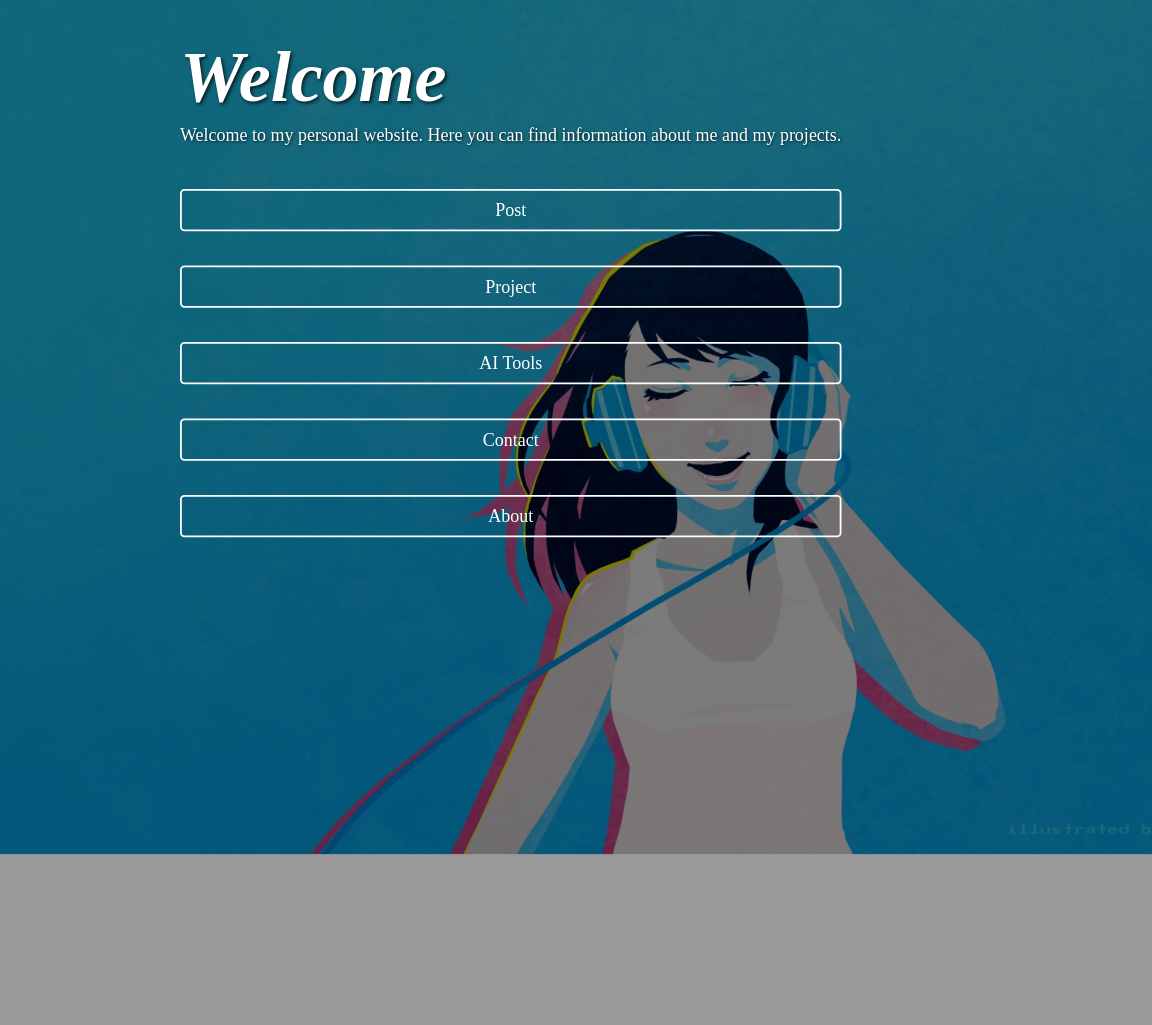
Repository: cydxf/cydxf.github.io
Page: index.html
These files come from the project's save history. The page is drawn as it stood at one moment and after the next save; the edit follows.
The browser window is 1280 px wide. The pictures show the whole page, at 90% of full size.

Above is the page before, as saved 2024-08-02 02:39:01.

### index.html
<!DOCTYPE html>
<html lang="en">
<head>
    <meta charset="UTF-8">
    <meta name="viewport" content="width=device-width, initial-scale=1.0">
    <title>My Personal Website</title>
    <link rel="stylesheet" href="css/styles.css">
</head>
<body>
    <main>
        <section id="home" class="hero">
            <div class="hero-content">
                <h1>Welcome</h1>
                <p>Welcome to my personal website. Here you can find information about me and my projects.</p>
                <div class="button-group">
                    <a href="" class="button">Post</a>
                    <a href="" class="button">Project</a>
                    <a href="" class="button">AI Tools</a>
                    <a href="" class="button">Contact</a>
                    <a href="" class="button">About</a>
                </div>
            </div>
        </section>
        <section id="about">
            <h2>About Me</h2>
            <p>This is the about section where you can find more information about me.</p>
        </section>
        <section id="projects">
            <h2>Projects</h2>
            <p>Here are some of my recent projects.</p>
            <ul>
                <li>Project 1</li>
                <li>Project 2</li>
                <li>Project 3</li>
            </ul>
        </section>
        <section id="contact">
            <h2>Contact</h2>
            <p>If you want to get in touch, please contact me via email.</p>
        </section>
    </main>
    <footer>
        <p>&copy; 2024 Huang Jiaxi</p>
    </footer>
    <script src="js/script.js"></script>
    </head>
</body>
</html>

### css/styles.css
body, html {
    margin: 0;
    padding: 0;
    height: 100%;
    width: 100%;
}

.hero {
    position: absolute;
    width: 100%;
    height: 131.8vh; /* Viewport height */
    left: 0;
    top: 0;
    background-image: url('../resource/image/shigiChannelArt_clean.jpg'); /* 首页大图  */
    background-size: cover;
    background-position: center;
    background-repeat: no-repeat;
    color: #fff;
    display: flex;
    justify-content: flex-start;
    align-items: flex-start;
    text-align: left;
}

.hero:before{
    content: '';
    position: absolute;
    top: 0;
    left: 0;
    width: 100%;
    height: 120%;
    background: rgba(0, 0, 0, 0.4);
    z-index: 1;
}

.hero-content {
    position: relative;
    z-index: 2;
    padding: 40px;
    margin-left: 160px;
}

.hero h1 {
    font-style: italic;
    font-size: 5rem; /* 适当调整标题字体大小 */
    margin: 0;
    padding: 0;
    text-shadow: 2px 2px 4px rgba(0, 0, 0, 0.7); /* 添加文本阴影使其更清晰 */
}

.hero p {
    font-style:initial;
    font-size: 1.25rem; /* 适当调整副标题字体大小 */
    margin-top: 0.5rem;
    text-shadow: 1px 1px 3px rgba(0, 0, 0, 0.7); /* 添加文本阴影使其更清晰 */
}

.button-group {
    display: flex;
    flex-direction: column; /* Stack buttons vertically */
    gap: 10px; /* Space between buttons */
}

.button {
    display: inline-block;
    padding: 10px 20px;
    margin-top: 28px; /* Adds spacing between text and button */
    font-size: 1.25rem;
    color: #fff; /* Text color */
    background-color: transparent; /* Transparent background */
    border: 2px solid #fff; /* White border */
    border-radius: 5px;
    text-decoration: none;
    text-align: center;
    transition: background-color 0.3s ease, color 0.3s ease; /* Smooth transition on hover */
    width: auto; /* Allow width to adjust based on content */
    white-space: nowrap; /* Prevent text wrapping */
}

.button:hover {
    background-color: #fff; /* White background on hover */
    color: #000; /* Change text color on hover if needed */
    border-color: #fff; /* Keep border color white on hover */
}

### js/script.js
document.addEventListener("DOMContentLoaded", function() {
    const links = document.querySelectorAll("nav ul li a");

    links.forEach(link => {
        link.addEventListener("click", function(event) {
            event.preventDefault();
            const targetId = this.getAttribute("href").substring(1);
            const targetSection = document.getElementById(targetId);
            window.scrollTo({
                top: targetSection.offsetTop,
                behavior: "smooth"
            });
        });
    });
});

After the next save:
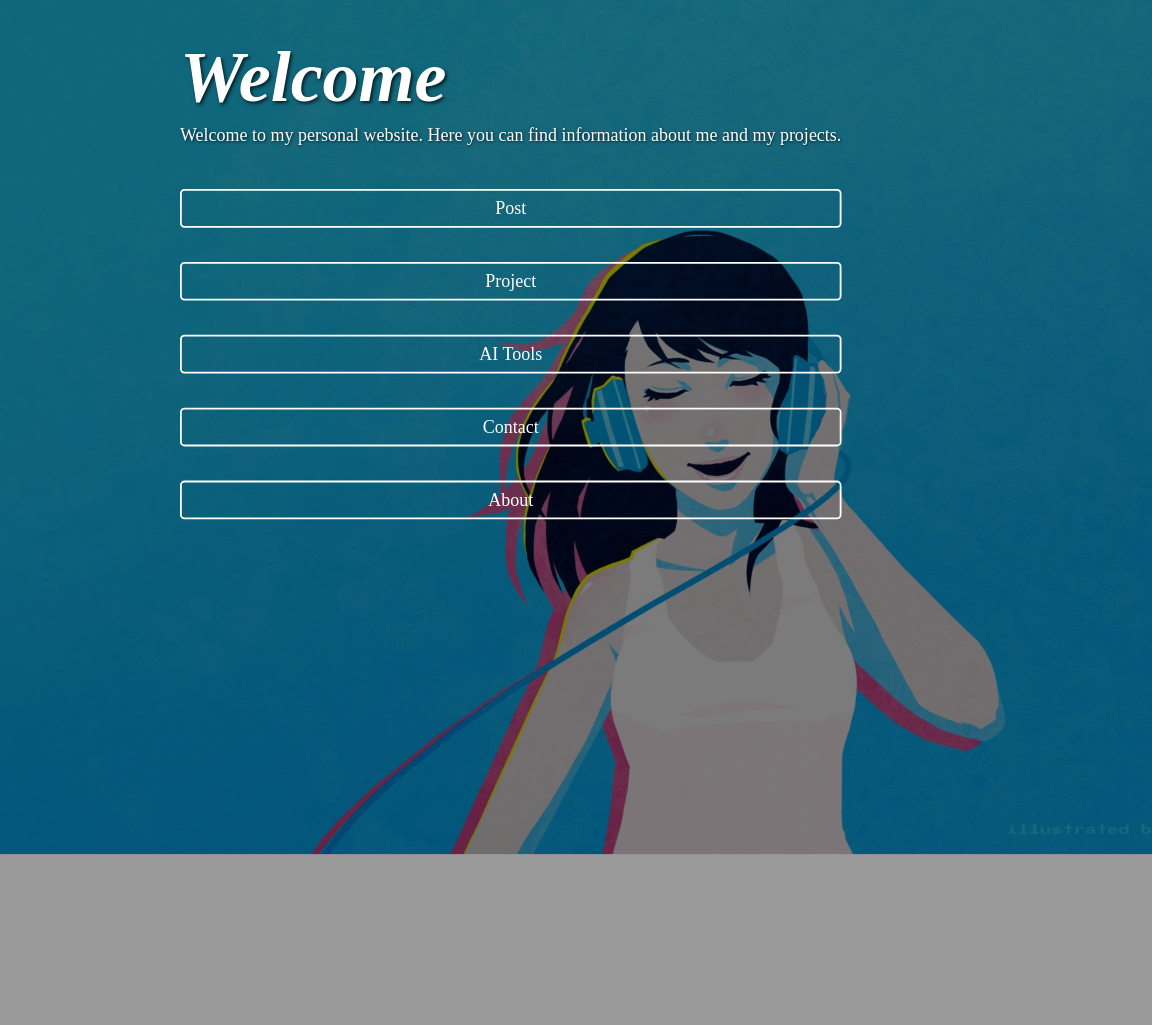
Saved 35 s later.
--- a/css/styles.css
+++ b/css/styles.css
@@ -63,7 +63,7 @@ body, html {
 
 .button {
     display: inline-block;
-    padding: 10px 20px;
+    padding: 8px 16px;
     margin-top: 28px; /* Adds spacing between text and button */
     font-size: 1.25rem;
     color: #fff; /* Text color */
